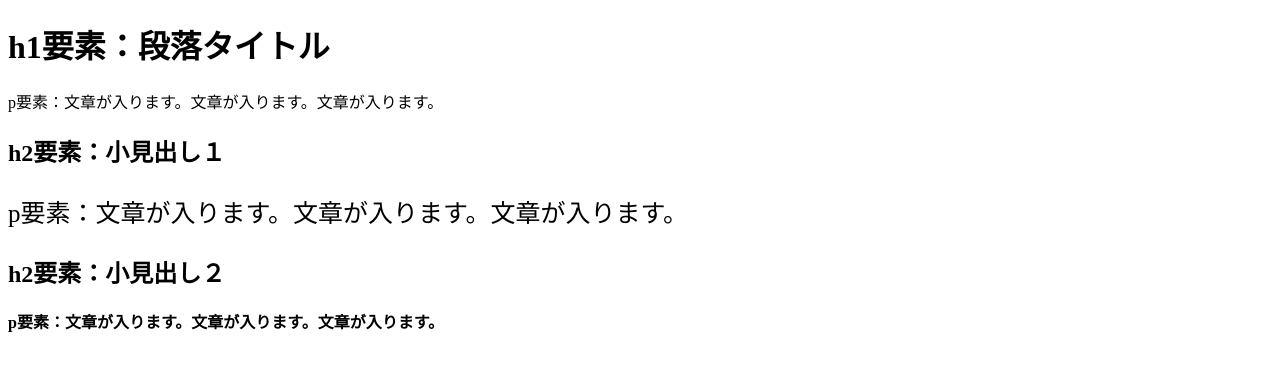
Repository: mizuki520/samurai_HTML-CSS
Page: index.html
The author's editor kept a record of every edit. The page is drawn from the files as they stood at one moment, then again after the next edit.
The browser window is 1280 px wide. The pictures show the whole page.

Above is the page before.

### index.html
<!DOCTYPE html>
<html lang-"ja">
 <head>
  <meta charset="UTF-8">
  <title>HTML/CSSの学習</title>
  <style>
   #red {
    color: red;
   }
  </style>
  </head>
 <body>
  <h1>h1要素：段落タイトル</h1>
  <p>p要素：文章が入ります。文章が入ります。文章が入ります。</p>
  <h2>h2要素：小見出し１</h2>
  <p style="font-size: 25px;">
   p要素：文章が入ります。文章が入ります。文章が入ります。</p>
  <h2>h2要素：小見出し２</h2>
  <p style="font-weight: bold;">p要素：文章が入ります。文章が入ります。文章が入ります。</p>
 </body>
</html>

After the next edit:
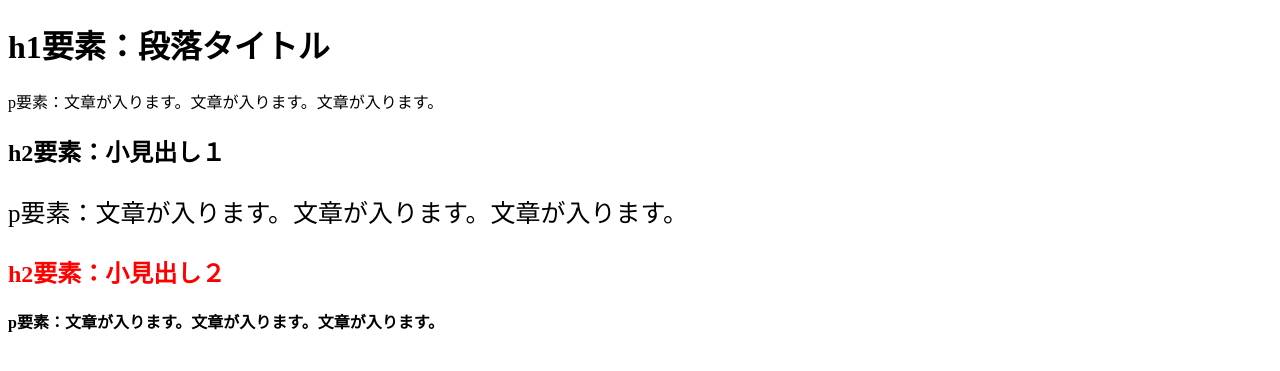
The edit:
--- a/index.html
+++ b/index.html
@@ -15,7 +15,7 @@
   <h2>h2要素：小見出し１</h2>
   <p style="font-size: 25px;">
    p要素：文章が入ります。文章が入ります。文章が入ります。</p>
-  <h2>h2要素：小見出し２</h2>
+  <h2 id="red">h2要素：小見出し２</h2>
   <p style="font-weight: bold;">p要素：文章が入ります。文章が入ります。文章が入ります。</p>
  </body>
 </html>
